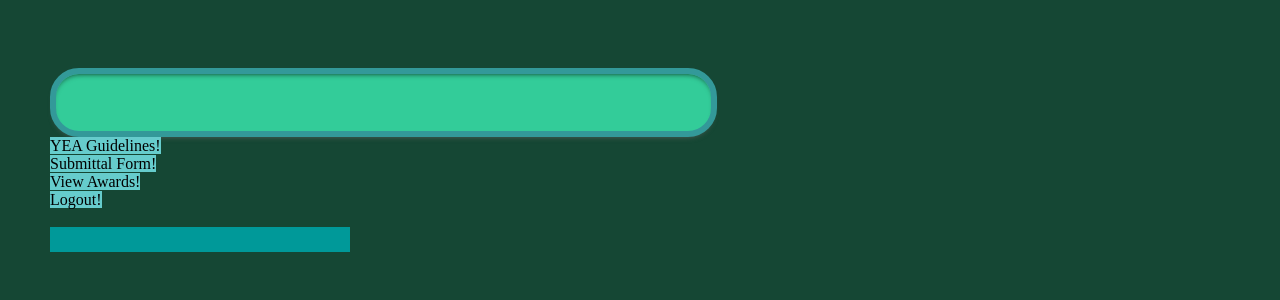
Repository: prajaktamore/Web-Based-Programming-3
Page: http://localhost/BinaryCalculator/entranceEmployee.jsp
An editor plug-in stored every save of this project. The page is shown before and after the next save, followed by the edit.
The browser window is 1280 px wide. The pictures show the whole page.
The page is served by Tomcat 9.

Above is the page before, as saved 2014-05-04 10:45:07.

After the next save:
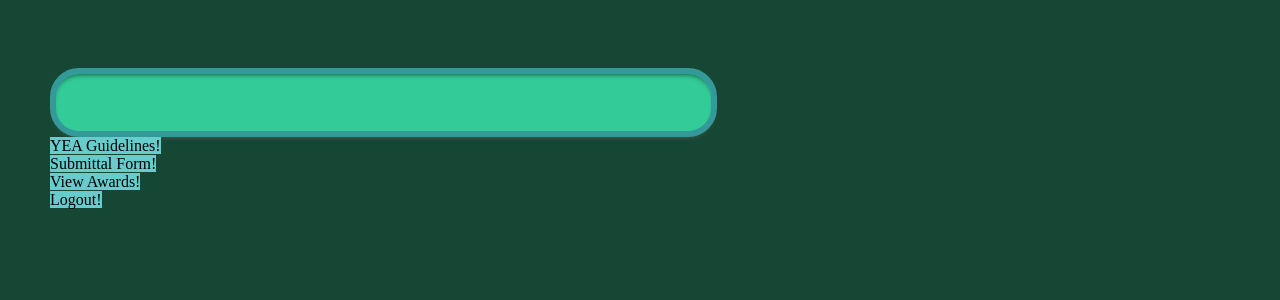
Saved 49 s later.
--- a/BinaryCalculator/WebContent/entranceEmployee.jsp
+++ b/BinaryCalculator/WebContent/entranceEmployee.jsp
@@ -19,9 +19,11 @@
 <br><a href="/BinaryCalculator/Login.jsp">Logout!</a>
 <br>
 <br>
-<marquee behavior="alternate" direction="up" scrolldelay="3" HEIGHT=25 WIDTH=300 BGColor=#009999 ><core:forEach items="${sessionScope.news}" var="dt" varStatus="status">
+<FONT SIZE="8" FACE="courier" COLOR=#009999>
+<marquee behavior="alternate" direction="up"><core:forEach items="${sessionScope.news}" var="dt" varStatus="status">
 					            <option value="${dt}">${dt}</option>
 					        </core:forEach>
 					        </marquee>
+</FONT>
 </body>
 </html>
